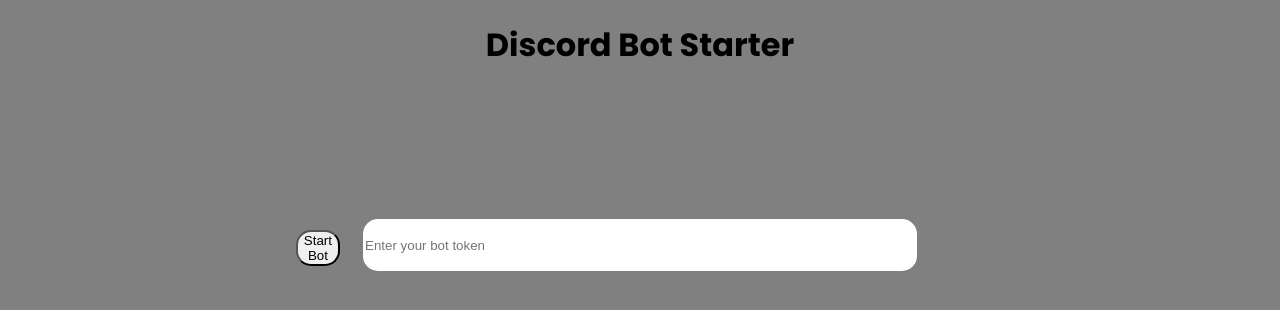
Repository: ranger2202/discord-bot-panel
Page: ranger-bot-runner/app/templates/landing.html
An editor plug-in stored every save of this project. The page is shown before and after the next save, followed by the edit.
The browser window is 1280 px wide. The pictures show the whole page.

Above is the page before, as saved 2023-12-30 12:05:26.

### ranger-bot-runner/app/templates/landing.html
<!DOCTYPE html>
<html lang="en">
<head>
    <meta charset="UTF-8">
    <meta name="viewport" content="width=device-width, initial-scale=1.0">
    <link rel="stylesheet" href="./../static/landing.css">
    <link rel="preconnect" href="https://fonts.googleapis.com">
    <link rel="preconnect" href="https://fonts.gstatic.com" crossorigin>
    <link href="https://fonts.googleapis.com/css2?family=Poppins:wght@400;500;600;700&display=swap" rel="stylesheet">
    <title>Discord Bot Starterqwrqwr</title>
</head>
<body>
    <h1 class="bot-header">Discord Bot Starter</h1>
    <div class="bot-token">
        <input class="bot-token-password" type="password" id="token" placeholder="Enter your bot token">
    </div>
    <div class="start-button">
        <button class="start-button" onclick="startBot()">Start Bot</button>
    </div>


    <script type="text/javascript" src="./../static/js/app.js"></script>
</body>
</html>

### ranger-bot-runner/app/static/landing.css
body {
    background-color: grey;
    padding: 0;
    margin: 0;
    font-family: 'Poppins', sans-serif;
}
.start-button{
    cursor: pointer;
    display: flex;
    justify-content: center;
    position: absolute;
    right: 470px;
    top: 115px;
}
.start-button button{
    border-radius: 15px;

}
.bot-header{
    display: flex;
    justify-content: center;
}
.bot-token{
    display: flex;
    justify-content: center;
    margin-top: 150px;
}
.bot-token-password{
    width: 550px;
    height: 50px;
    border-radius: 15px;
    color: #000;
    border: none;

}

### ranger-bot-runner/app/static/js/app.js
function startBot() {
  var token = document.getElementById('token').value;
  fetch('/start_bot', {
      method: 'POST',
      headers: {
          'Content-Type': 'application/json',
      },
      body: JSON.stringify({ bot_token: token }),  // Adjusted to match server expectation
  })
  .then(response => response.json())
  .then(data => {
      alert(data.message);  // Display the server response message
  })
  .catch(error => {
      alert('There was an error somewhere.');
  });
}

After the next save:
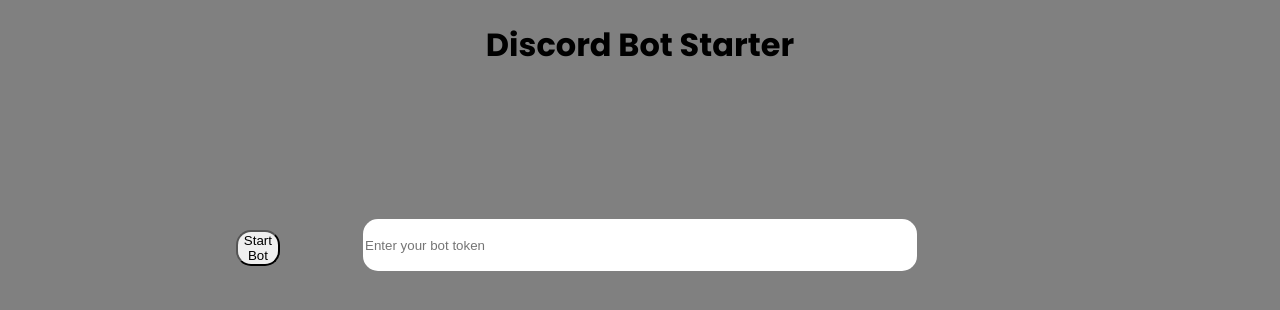
Saved 46 s later.
--- a/ranger-bot-runner/app/static/landing.css
+++ b/ranger-bot-runner/app/static/landing.css
@@ -9,7 +9,7 @@
     display: flex;
     justify-content: center;
     position: absolute;
-    right: 470px;
+    right: 500px;
     top: 115px;
 }
 .start-button button{
